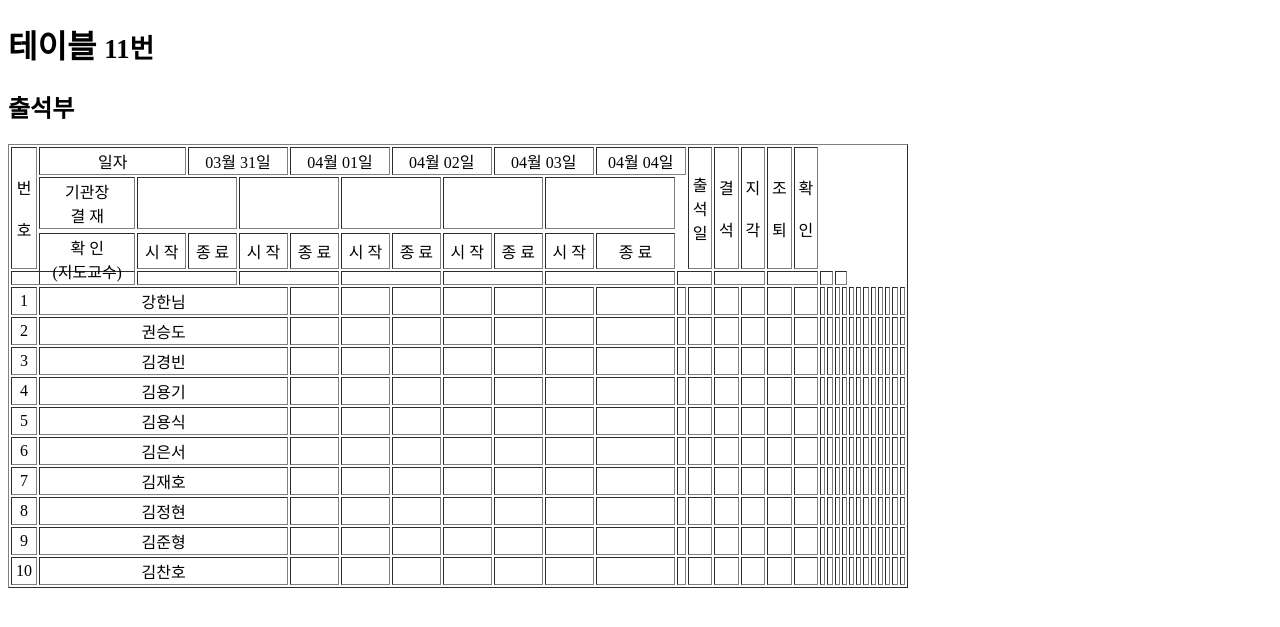
Repository: kmd192kmd/Web
Page: html/HtmlTest/src/main/webapp/ex16_table.html
These files come from the project's save history. The page is drawn as it stood at one moment and after a run of saves; the edit follows.
The browser window is 1280 px wide. The pictures show the whole page.

Above is the page before, as saved 2026-02-13 07:42:58.

### html/HtmlTest/src/main/webapp/ex16_table.html
<!DOCTYPE html>
<html>
<head>
<meta charset="UTF-8">
<title>Insert title here</title>
</head>
<body>
	<!-- <h1>테이블 <small>10번</small></h1>

	<h2>Table</h2>

	<table border="1" width="500" height="500">
		<tr>
			<td colspan="5" width="100" align="center" height="100">1</td>
		</tr>
		<tr>
			<td rowspan="4" width="100" align="center" height="400">6</td>
			<td colspan="2" width="100" align="center" height="100">7</td>
			<td colspan="2" width="100" align="center" height="100">9</td>
		</tr>
		<tr>
			<td width="100" align="center" height="100">12</td>
			<td width="100" align="center" height="100">13</td>
			<td rowspan="2" width="100" align="center" height="200">14</td>
			<td width="100" align="center" height="100">15</td>
		</tr>
		<tr>
			<td rowspan="2" width="100" align="center" height="200">17</td>
			<td width="100" align="center" height="100">18</td>
			<td width="100" align="center" height="100">20</td>
		</tr>
		<tr>
			<td align="center" width="100" height="100">23</td>
			<td colspan="2" width="100" align="center" height="100">24</td>
		</tr>
	</table> -->

	<h1>테이블 <small>11번</small></h1>

	<h2>출석부</h2>

	<table border="1" width="900">
		<tr>
			<td rowspan="4" align="center">번<br><br>호</td>
			<td colspan="2" align="center">일자</td>
			<td colspan="2" align="center">03월 31일</td>
			<td colspan="2" align="center">04월 01일</td>
			<td colspan="2" align="center">04월 02일</td>
			<td colspan="2" align="center">04월 03일</td>
			<td colspan="2" align="center">04월 04일</td>
			<td rowspan="4" align="center">출<br>석<br>일</td>
			<td rowspan="4" align="center">결<br><br>석</td>
			<td rowspan="4" align="center">지<br><br>각</td>
			<td rowspan="4" align="center">조<br><br>퇴</td>
			<td rowspan="4" align="center">확<br><br>인</td>
		</tr>
		<tr>
			<td align="center">기관장<br>결 재</td>
			<td colspan="2"></td>
			<td colspan="2"></td>
			<td colspan="2"></td>
			<td colspan="2"></td>
			<td colspan="2"></td>
		</tr>
		<tr>
		</tr>
		<tr>
			<td rowspan="2" align="center">확 인<br>(지도교수)</td>
			<td align="center">시 작</td>
			<td align="center">종 료</td>
			<td align="center">시 작</td>
			<td align="center">종 료</td>
			<td align="center">시 작</td>
			<td align="center">종 료</td>
			<td align="center">시 작</td>
			<td align="center">종 료</td>
			<td align="center">시 작</td>
			<td align="center">종 료</td>
		</tr>
		<tr>
			<td colspan="2" height="10"></td>
			<td colspan="2" height="10"></td>
			<td colspan="2" height="10"></td>
			<td colspan="2" height="10"></td>
			<td colspan="2" height="10"></td>
			<td colspan="2" height="10"></td>
			<td colspan="2" height="10"></td>
			<td colspan="2" height="10"></td>
			<td colspan="2" height="10"></td>
			<td colspan="2" height="10"></td>
			<td colspan="2" height="10"></td>
		</tr>
		<tr>
			<td align="center">1</td>
			<td colspan="4" align="center">강한님</td>
			<td></td>
			<td></td>
			<td></td>
			<td></td>
			<td></td>
			<td></td>
			<td></td>
			<td></td>
			<td></td>
			<td></td>
			<td></td>
			<td></td>
			<td></td>
			<td></td>
			<td></td>
			<td></td>
			<td></td>
			<td></td>
			<td></td>
			<td></td>
			<td></td>
			<td></td>
			<td></td>
			<td></td>
			<td></td>
		</tr>
		<tr>
			<td align="center">2</td>
			<td colspan="4" align="center">권승도</td>
			<td></td>
			<td></td>
			<td></td>
			<td></td>
			<td></td>
			<td></td>
			<td></td>
			<td></td>
			<td></td>
			<td></td>
			<td></td>
			<td></td>
			<td></td>
			<td></td>
			<td></td>
			<td></td>
			<td></td>
			<td></td>
			<td></td>
			<td></td>
			<td></td>
			<td></td>
			<td></td>
			<td></td>
			<td></td>
		</tr>
		<tr>
			<td align="center">3</td>
			<td colspan="4" align="center">김경빈</td>
			<td></td>
			<td></td>
			<td></td>
			<td></td>
			<td></td>
			<td></td>
			<td></td>
			<td></td>
			<td></td>
			<td></td>
			<td></td>
			<td></td>
			<td></td>
			<td></td>
			<td></td>
			<td></td>
			<td></td>
			<td></td>
			<td></td>
			<td></td>
			<td></td>
			<td></td>
			<td></td>
			<td></td>
			<td></td>
		</tr>
		<tr>
			<td align="center">4</td>
			<td colspan="4" align="center">김용기</td>
			<td></td>
			<td></td>
			<td></td>
			<td></td>
			<td></td>
			<td></td>
			<td></td>
			<td></td>
			<td></td>
			<td></td>
			<td></td>
			<td></td>
			<td></td>
			<td></td>
			<td></td>
			<td></td>
			<td></td>
			<td></td>
			<td></td>
			<td></td>
			<td></td>
			<td></td>
			<td></td>
			<td></td>
			<td></td>
		</tr>
		<tr>
			<td align="center">5</td>
			<td colspan="4" align="center">김용식</td>
			<td></td>
			<td></td>
			<td></td>
			<td></td>
			<td></td>
			<td></td>
			<td></td>
			<td></td>
			<td></td>
			<td></td>
			<td></td>
			<td></td>
			<td></td>
			<td></td>
			<td></td>
			<td></td>
			<td></td>
			<td></td>
			<td></td>
			<td></td>
			<td></td>
			<td></td>
			<td></td>
			<td></td>
			<td></td>
		</tr>
		<tr>
			<td align="center">6</td>
			<td colspan="4" align="center">김은서</td>
			<td></td>
			<td></td>
			<td></td>
			<td></td>
			<td></td>
			<td></td>
			<td></td>
			<td></td>
			<td></td>
			<td></td>
			<td></td>
			<td></td>
			<td></td>
			<td></td>
			<td></td>
			<td></td>
			<td></td>
			<td></td>
			<td></td>
			<td></td>
			<td></td>
			<td></td>
			<td></td>
			<td></td>
			<td></td>
		</tr>
		<tr>
			<td align="center">7</td>
			<td colspan="4" align="center">김재호</td>
			<td></td>
			<td></td>
			<td></td>
			<td></td>
			<td></td>
			<td></td>
			<td></td>
			<td></td>
			<td></td>
			<td></td>
			<td></td>
			<td></td>
			<td></td>
			<td></td>
			<td></td>
			<td></td>
			<td></td>
			<td></td>
			<td></td>
			<td></td>
			<td></td>
			<td></td>
			<td></td>
			<td></td>
			<td></td>
		</tr>
		<tr>
			<td align="center">8</td>
			<td colspan="4" align="center">김정현</td>
			<td></td>
			<td></td>
			<td></td>
			<td></td>
			<td></td>
			<td></td>
			<td></td>
			<td></td>
			<td></td>
			<td></td>
			<td></td>
			<td></td>
			<td></td>
			<td></td>
			<td></td>
			<td></td>
			<td></td>
			<td></td>
			<td></td>
			<td></td>
			<td></td>
			<td></td>
			<td></td>
			<td></td>
			<td></td>
		</tr>
		<tr>
			<td align="center">9</td>
			<td colspan="4" align="center">김준형</td>
			<td></td>
			<td></td>
			<td></td>
			<td></td>
			<td></td>
			<td></td>
			<td></td>
			<td></td>
			<td></td>
			<td></td>
			<td></td>
			<td></td>
			<td></td>
			<td></td>
			<td></td>
			<td></td>
			<td></td>
			<td></td>
			<td></td>
			<td></td>
			<td></td>
			<td></td>
			<td></td>
			<td></td>
			<td></td>
		</tr>
		<tr>
			<td align="center">10</td>
			<td colspan="4" align="center">김찬호</td>
			<td></td>
			<td></td>
			<td></td>
			<td></td>
			<td></td>
			<td></td>
			<td></td>
			<td></td>
			<td></td>
			<td></td>
			<td></td>
			<td></td>
			<td></td>
			<td></td>
			<td></td>
			<td></td>
			<td></td>
			<td></td>
			<td></td>
			<td></td>
			<td></td>
			<td></td>
			<td></td>
			<td></td>
			<td></td>
		</tr>
	</table>
</body>
</html>

After the next 2 saves:
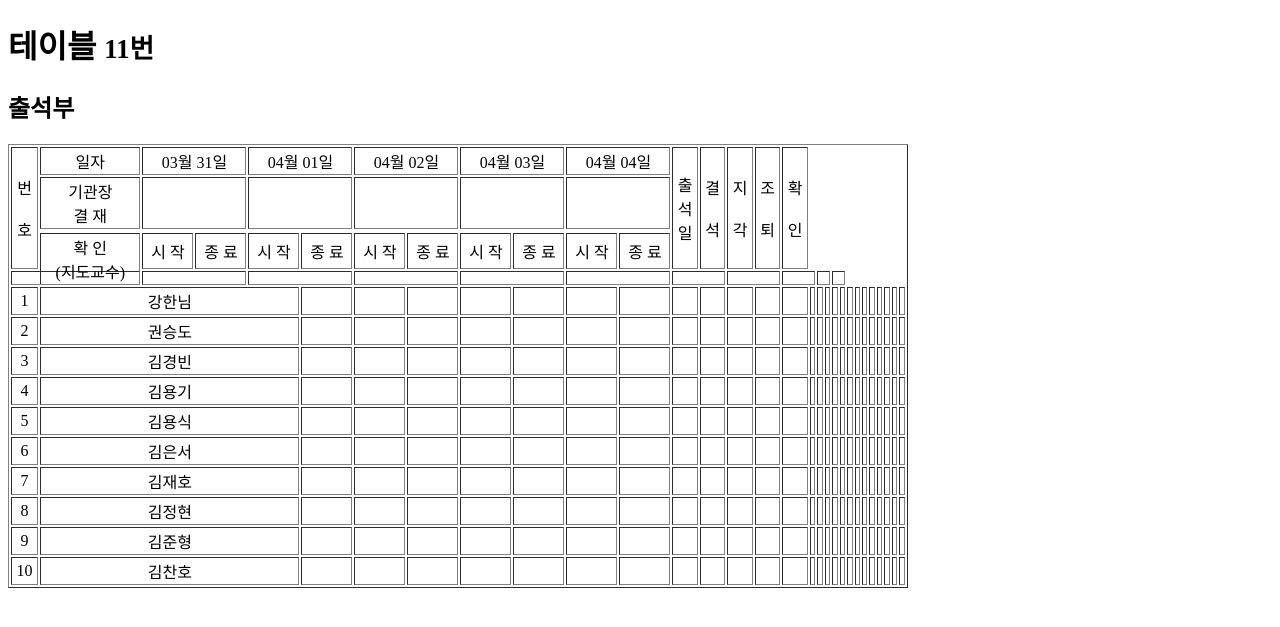
The 2 saves are shown as one change because they came seconds apart.
The last was saved 32 s later.
--- a/html/HtmlTest/src/main/webapp/ex16_table.html
+++ b/html/HtmlTest/src/main/webapp/ex16_table.html
@@ -42,7 +42,7 @@
 	<table border="1" width="900">
 		<tr>
 			<td rowspan="4" align="center">번<br><br>호</td>
-			<td colspan="2" align="center">일자</td>
+			<td align="center">일자</td>
 			<td colspan="2" align="center">03월 31일</td>
 			<td colspan="2" align="center">04월 01일</td>
 			<td colspan="2" align="center">04월 02일</td>
